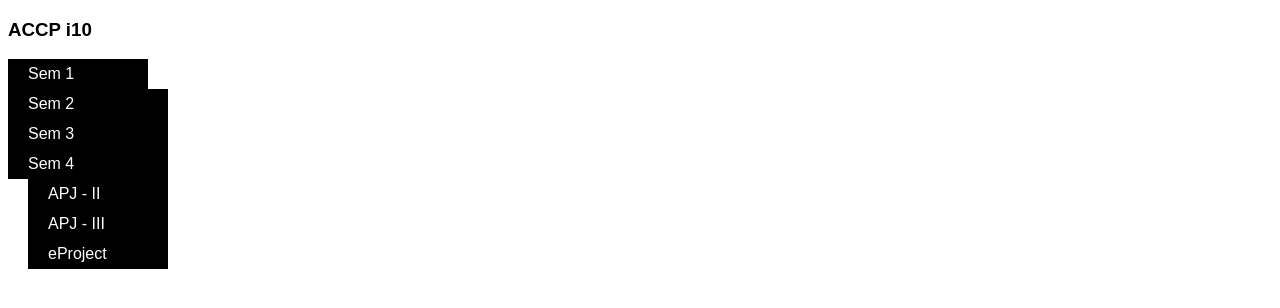
Repository: congle98/CSS_MenuDocCoBan
Page: index.html
An editor plug-in stored every save of this project. The page is shown before and after the next save, followed by the edit.
The browser window is 1280 px wide. The pictures show the whole page.

Above is the page before, as saved 2021-05-26 14:43:52.

After the next save:
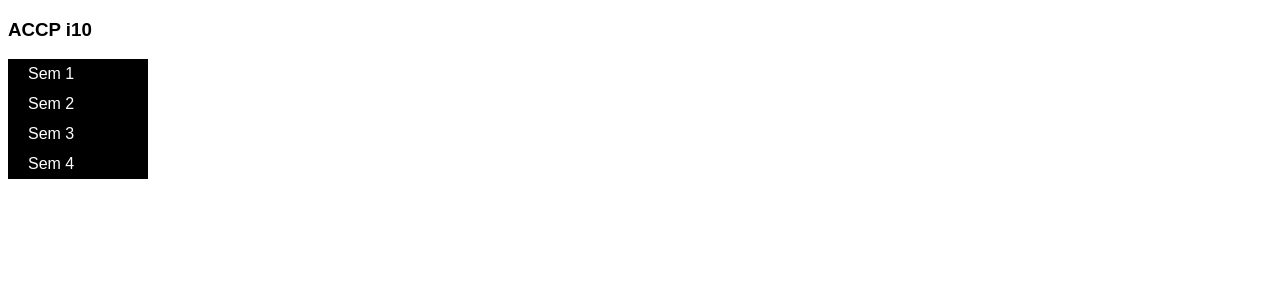
Saved 57 s later.
--- a/style.css
+++ b/style.css
@@ -22,3 +22,9 @@ body{
 #menu li:hover{
     background-color:red;
 }
+#menu ul ul{
+    position: absolute;
+    top:0;
+    left:140px;
+    visibility:hidden;
+}
